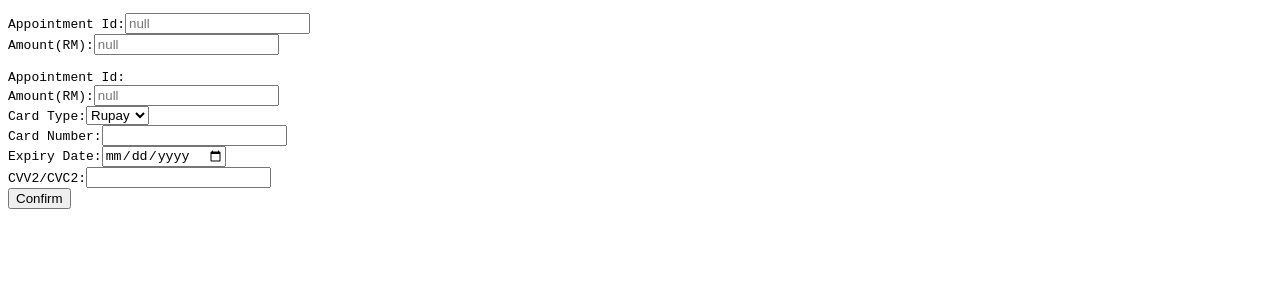
Repository: anujsoni10001/JSP-Servlet
Page: http://localhost/Minor/MakePayment.jsp
The author's editor kept a copy of each file at every save. The page is drawn from the files as they stood at one save, then again after the next save.
The browser window is 1280 px wide. The pictures show the whole page.
The page is served by Tomcat 9. Other server files are loaded and not shown.

Above is the page before, as saved 2019-03-22 12:10:52.

### FinalProject/minor - Copy/Minor/WebContent/MakePayment.jsp
<%
String apt_id=request.getParameter("a_id");
String chargesRM=request.getParameter("charges");
%>
<%@ page language="java" contentType="text/html; charset=ISO-8859-1"
    pageEncoding="ISO-8859-1"%>
<!DOCTYPE html PUBLIC "-//W3C//DTD HTML 4.01 Transitional//EN" "http://www.w3.org/TR/html4/loose.dtd">
<html>
<head>
<meta http-equiv="Content-Type" content="text/html; charset=ISO-8859-1">
<title>Payment</title>
</head>
<body>
<pre>
Appointment Id:<input type="text" placeholder=<%=apt_id%>>
Amount(RM):<input type="text" placeholder=<%=chargesRM%>>
<form action="Pay">
Appointment Id:<input type="hidden" placeholder=<%=apt_id%>>
Amount(RM):<input type="text" placeholder=<%=chargesRM%>>
Card Type:<select name="card_type">
<option>Rupay</option>
<option>Master</option>
<option>VISA</option>
</select>
Card Number:<input type="text" name="card_number">
Expiry Date:<input type="date" name="expiry_date">
CVV2/CVC2:<input type="text" name="cvv">
<input type="submit" value="Confirm">
</form>
</pre>
</body>
</html>

After the next save:
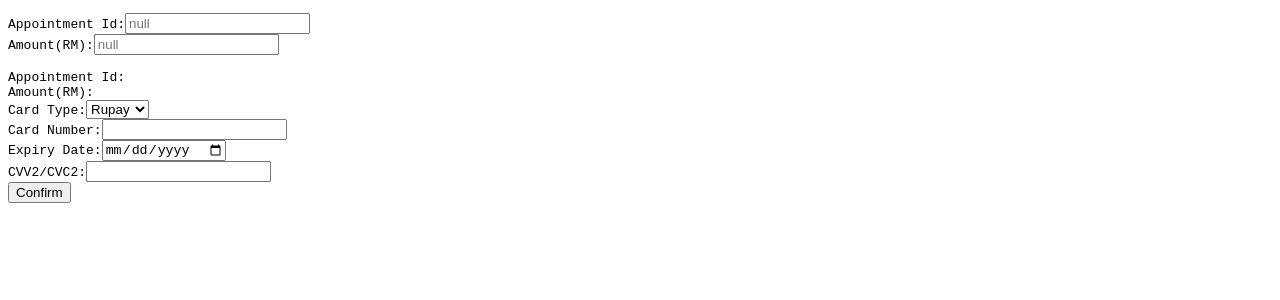
Saved 6 s later.
--- a/FinalProject/minor - Copy/Minor/WebContent/MakePayment.jsp
+++ b/FinalProject/minor - Copy/Minor/WebContent/MakePayment.jsp
@@ -16,7 +16,7 @@ Appointment Id:<input type="text" placeholder=<%=apt_id%>>
 Amount(RM):<input type="text" placeholder=<%=chargesRM%>>
 <form action="Pay">
 Appointment Id:<input type="hidden" placeholder=<%=apt_id%>>
-Amount(RM):<input type="text" placeholder=<%=chargesRM%>>
+Amount(RM):<input type="hidden" placeholder=<%=chargesRM%>>
 Card Type:<select name="card_type">
 <option>Rupay</option>
 <option>Master</option>
